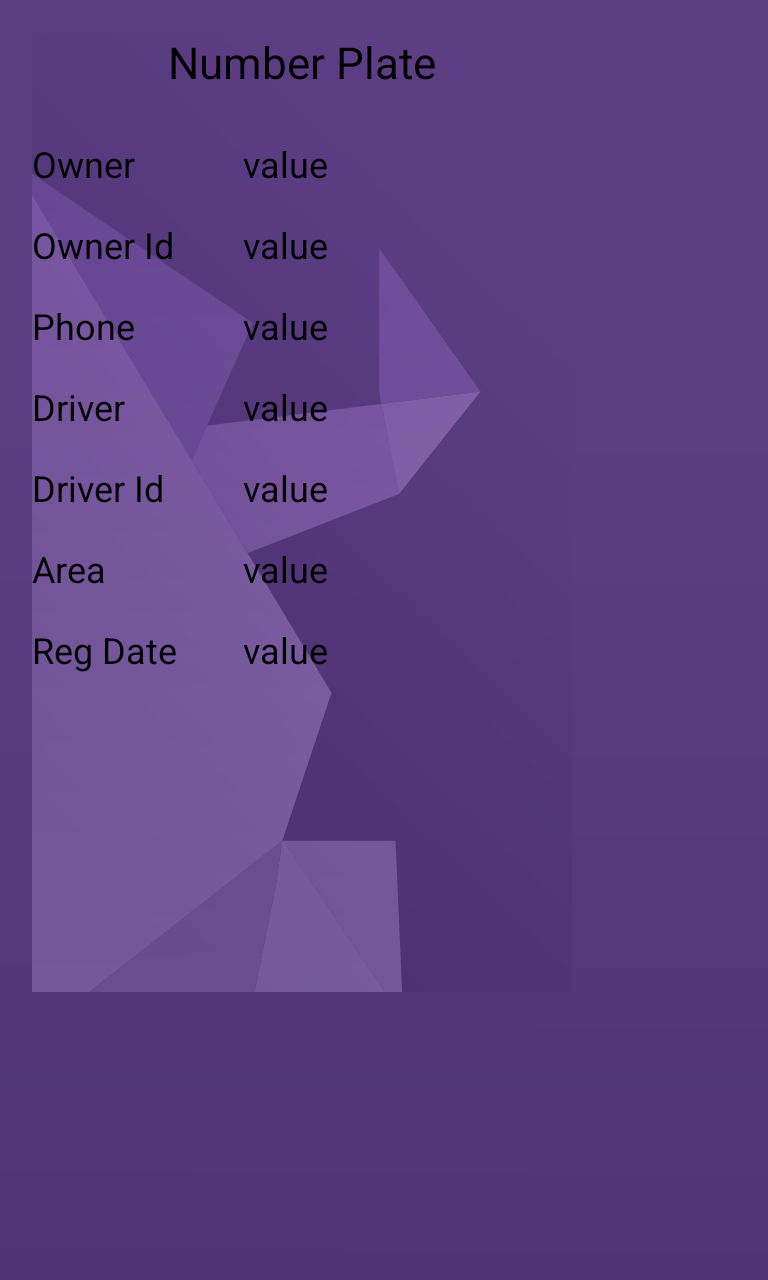
Repository: walteranyika/personal
Layout: PikiPiki/res/layout/activity_details.xml
The author's editor kept a copy of each file at every save. The layout is drawn from the files as they stood at one save, then again after the next save.
It is drawn on a 768 x 1280 px phone screen (xhdpi) without system bars, with theme AppTheme; the app's code is not run.

Above is the layout before, as saved 2015-11-06 12:02:31.

After the next save:
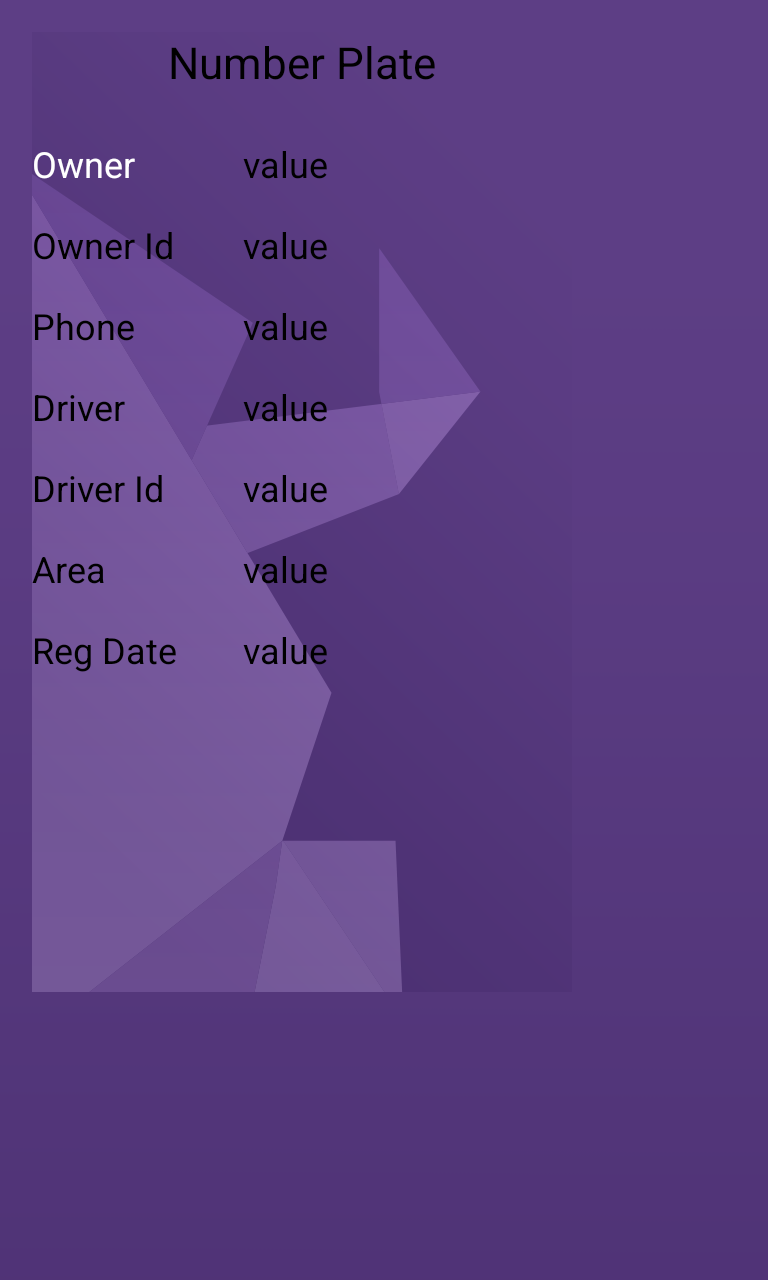
Saved 2 min 6 s later.
--- a/PikiPiki/res/layout/activity_details.xml
+++ b/PikiPiki/res/layout/activity_details.xml
@@ -184,6 +184,7 @@
         android:layout_below="@+id/tvRegNo" >
 
         <TextView
+            android:textColor="@android:color/white"
             android:id="@+id/textView2"
             android:layout_width="0dp"
             android:layout_height="wrap_content"
